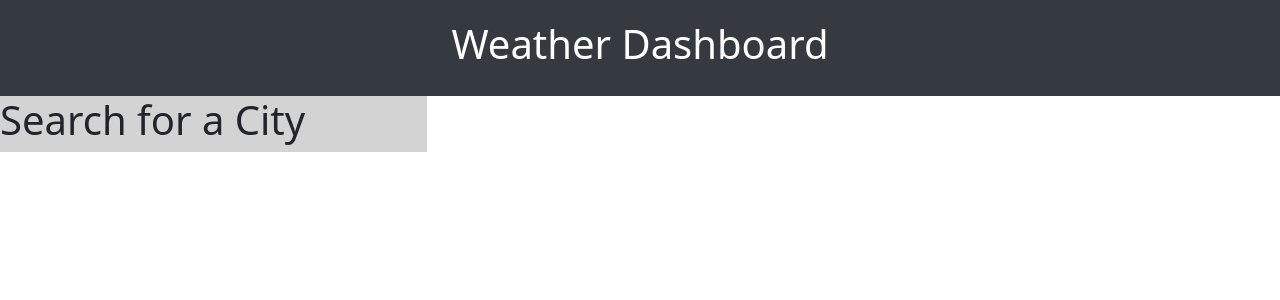
Repository: ziffoit/Weather_Dashboard
Page: index.html
The author's editor kept a copy of each file at every save. The page is drawn from the files as they stood at one save, then again after the next save.
The browser window is 1280 px wide. The pictures show the whole page.

Above is the page before, as saved 2021-03-25 13:50:32.

### index.html
<!DOCTYPE html>
<html lang="en">
  <head>
    <meta charset="UTF-8" />
    <meta name="viewport" content="width=device-width, initial-scale=1.0" />
    <link
      href="https://cdn.jsdelivr.net/npm/bootstrap@5.0.0-beta3/dist/css/bootstrap.min.css"
      rel="stylesheet"
      integrity="sha384-eOJMYsd53ii+scO/bJGFsiCZc+5NDVN2yr8+0RDqr0Ql0h+rP48ckxlpbzKgwra6"
      crossorigin="anonymous"
    />
    <link rel="stylesheet" href="./Assets/style.css" />
    <title>Document</title>
  </head>
  <body>
    <header id="header">
      <h1>Weather Dashboard</h1>
    </header>
    <aside class="col-md-4">
      <h1>Search for a City</h1>
    </aside>
    <section class="col-lg-8">
      <section></section>
      <section></section>
    </section>
  </body>
</html>

### Assets/style.css
#header {
  text-align: center;
  background-color: #343a40;
  padding: 20px;
}

header > h1 {
  color: white;
}

aside {
  background-color: lightgray;
  float: left;
}

#main {
  float: right;
}

.card-body {
  background-color: lightgreen;
  margin: 8px;
}

After the next save:
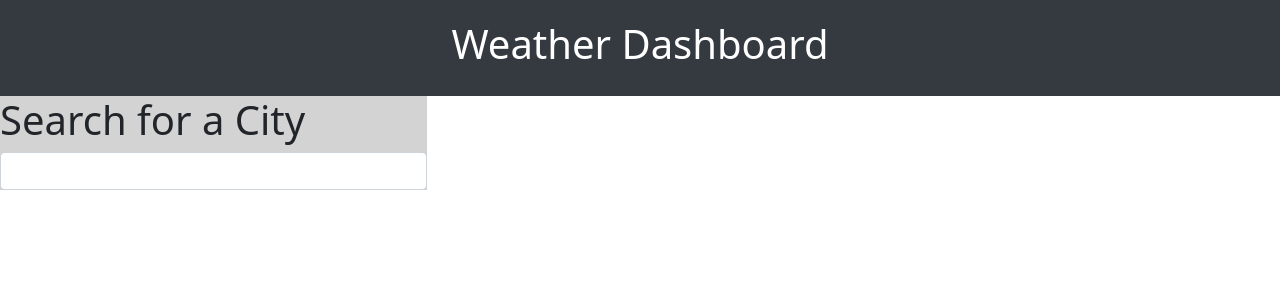
Saved 5 min 1 s later.
--- a/index.html
+++ b/index.html
@@ -18,6 +18,7 @@
     </header>
     <aside class="col-md-4">
       <h1>Search for a City</h1>
+      <input type="text" class="form-control" />
     </aside>
     <section class="col-lg-8">
       <section></section>
